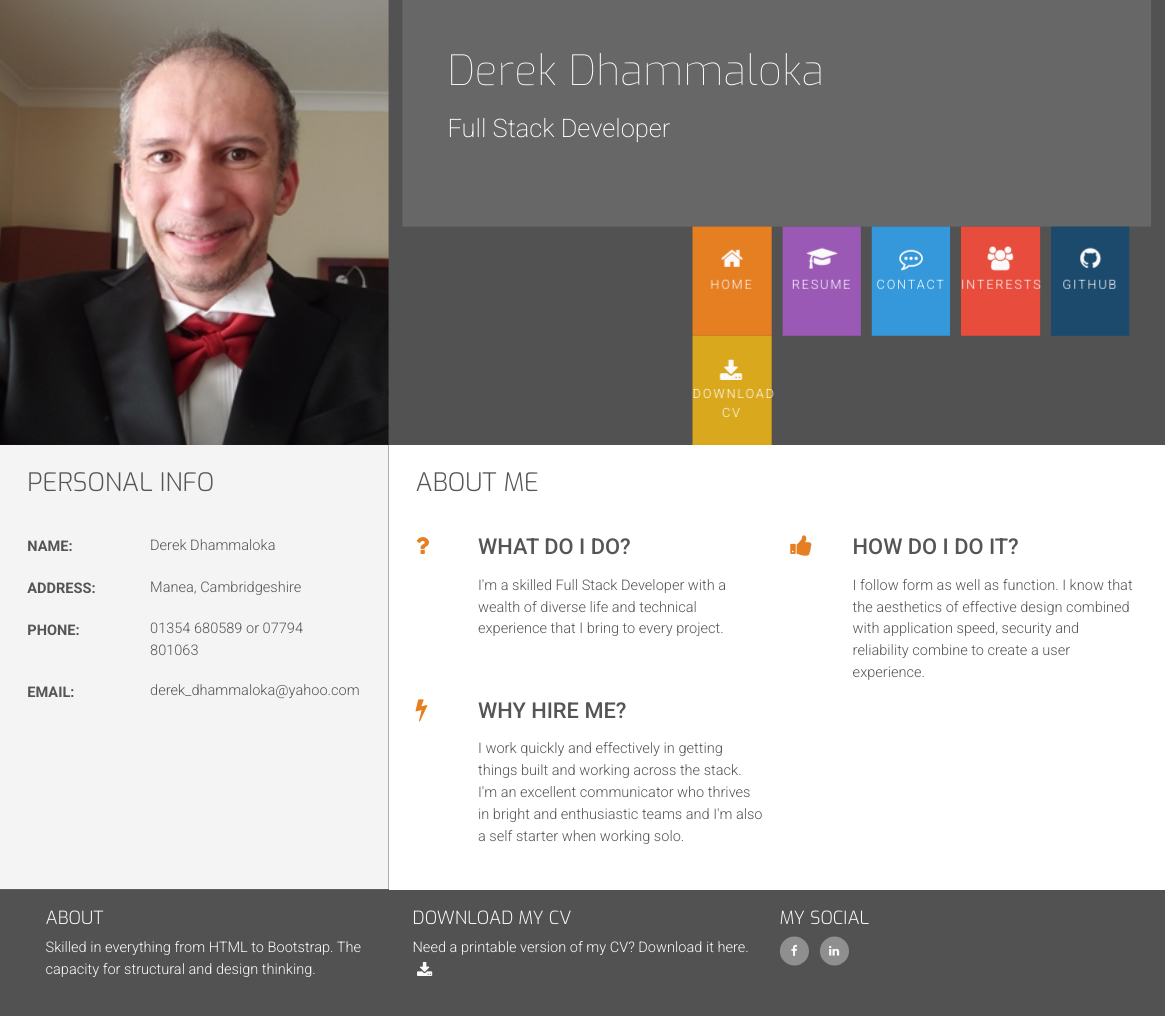
Repository: derektypist/derek-dhammaloka-cv
Page: index.html
The author's editor kept a record of every edit. The page is drawn from the files as they stood at one moment, then again after the next edit.
The browser window is 1280 px wide. The pictures show the whole page, at 91% of full size.
Some web libraries are served in a nearby version.

Above is the page before.

### index.html
<!DOCTYPE html>
<html>
    <head>
    <link rel="stylesheet" href="https://maxcdn.bootstrapcdn.com/bootstrap/4.3.1/css/bootstrap.min.css" integrity="sha384-ggOyR0iXCbMQv3Xipma34MD+dH/1fQ784/j6cY/iJTQUOhcWr7x9JvoRxT2MZw1T" crossorigin="anonymous">
    <link rel="stylesheet" href="https://maxcdn.bootstrapcdn.com/font-awesome/4.7.0/css/font-awesome.min.css" type="text/css" />
    <link rel="stylesheet" href="https://cdnjs.cloudflare.com/ajax/libs/hover.css/2.1.1/css/hover-min.css" type="text/css" />
    <link rel="stylesheet" href="assets/css/style.css" type="text/css" />
    <meta name="viewport" content="width=device-width, initial-scale=1">
    <title>Derek Dhammaloka CV - Home Page</title>
</head>
<body>
  <header class="container-fluid">

            <div class="row">

                <a class="col-md-4 logo" href="index.html" title="Derek Dhammaloka Home Page"></a>

                <div class="col-md-8">

                    <div class="row no-gutters bg-color-name-title">
                        <div class="col heading">
                            <h1 class="name">Derek Dhammaloka</h1>
                            <h2 class="title">Full Stack Developer</h2>
                        </div>
                    </div>

                    <div class="row">
                        <div class="col"></div>

                        <ul class="list-inline" id="nav">

                            <li class="col-6 col-sm-2 ui-menu-color-home menuitem list-inline-item">

                                <a href="index.html" class="hvr-sweep-to-bottom"><i class="fa fa-home" aria-hidden="true"></i><span>Home</span></a>

                            </li>

                            <li class="col-6 col-sm-2 ui-menu-color-resume menuitem list-inline-item">

                                <a href="resume.html" class="hvr-sweep-to-bottom"><i class="fa fa-graduation-cap" aria-hidden="true"></i><span>Resume</span></a>

                            </li>

                            <li class="col-6 col-sm-2 ui-menu-color-contact menuitem list-inline-item">

                                <a href="contact.html" class="hvr-sweep-to-bottom"><i class="fa fa-commenting-o" aria-hidden="true"></i><span>Contact</span></a>

                            </li>

                            <li class="col-6 col-sm-2 ui-menu-color-interests menuitem list-inline-item">
                                <a href="interests.html" class="hvr-sweep-to-bottom"><i class="fa fa-users" aria-hidden="true "></i><span>Interests</span></a>
                            </li>

                            <li class="col-6 col-sm-2 ui-menu-color-github menuitem list-inline-item">
                                <a href="github.html" class="hvr-sweep-to-bottom"><i class="fa fa-github" aria-hidden="true "></i><span>GitHub</span></a>
                            </li>

                            <li class="col-6 col-sm-2 ui-menu-color-download menuitem list-inline-item">

                                <a href="assets/cv/derekdhammaloka-cv.pdf" target="_blank" class="hvr-sweep-to-bottom"><span><i class="fa fa-download" aria-hidden="true"></i>Download CV</span></a>

                            </li>

                        </ul>

                    </div>

                </div>

            </div>

        </header>

    <section class="container-fluid">
            <div class="row row-table">
                <div class="col-xs-12 col-sm-12 col-md-4 bg-color-personal-info section-column">
                    <div class="row">
                        <div class="col-md-12">
                            <h3 class="section-heading uppercase">Personal Info</h3>
                        </div>
                    </div>
                    <div class="personal-info-item">
                        <div class="key">
                            <p class="uppercase">Name:</p>
                        </div>
                        <div class="value">
                            <p>Derek Dhammaloka</p>
                        </div>
                    </div>
                    <div class="personal-info-item">
                        <div class="key">
                            <p class="uppercase">Address:</p>
                        </div>
                        <div class="value">
                            <p>Manea, Cambridgeshire</p>
                        </div>
                    </div>
                    <div class="personal-info-item">
                        <div class="key">
                            <p class="uppercase">Phone:</p>
                        </div>
                        <div class="value">
                            <p>01354 680589 or 07794 801063</p>
                        </div>
                    </div>
                    <div class="personal-info-item">
                        <div class="key">
                            <p class="uppercase">Email:</p>
                        </div>
                        <div class="value">
                            <p>derek_dhammaloka@yahoo.com</p>
                        </div>
                    </div>
                </div>
                <div class="col-xs-12 col-sm-12 col-md-8 bg-color-three-reasons section-column">
                    <div class="row">
                        <div class="col-md-12">
                            <h3 class="section-heading uppercase">About Me</h3>
                        </div>
                    </div>
                    <div class="row">
                        <div class="col-xs-10 col-xs-offset-1 col-sm-offset-0 col-sm-4 col-md-6">
                            <div class="row">
                                <div class="col-xs-2 col-sm-2 col-md-2">
                                    <i class="three-reasons-icons fa fa-question" aria-hidden="true"></i>
                                </div>
                                <div class="col-xs-10 col-sm-10">
                                    <h4 class="three-reasons-heading uppercase">What do I do?</h4>
                                    <p>
                                        I'm a skilled Full Stack Developer with a wealth of diverse
                                        life and technical experience that I bring to every project.
                                    </p>
                                </div>
                            </div>
                        </div>
                        <div class="col-xs-10 col-xs-offset-1 col-sm-offset-0 col-sm-4 col-md-6">
                                <div class="row">
                                    <div class="col-xs-2 col-sm-2 col-md-2">
                                        <i class="three-reasons-icons fa fa-thumbs-up" aria-hidden="true"></i>
                                    </div>
                                    <div class="col-xs-10 col-sm-10">
                                        <h4 class="three-reasons-heading uppercase">How do I do it?</h4>
                                        <p>
                                            I follow form as well as function.
                                            I know that the aesthetics of effective design combined with application speed,
                                            security and reliability combine to create a user experience.
                                        </p>
                                    </div>
                                </div>
                            </div>
                        <div class="col-xs-10 col-xs-offset-1 col-sm-offset-0 col-sm-4 col-md-6">
                            <div class="row">
                                <div class="col-xs-2 col-sm-2 col-md-2">
                                    <i class="three-reasons-icons fa fa-bolt" aria-hidden="true"></i>
                                </div>
                                <div class="col-xs-10 col-sm-10">
                                    <h4 class="three-reasons-heading uppercase">Why hire me?</h4>
                                    <p>
                                        I work quickly and effectively in getting things built and working across the stack.
                                        I'm an excellent communicator who thrives in bright and enthusiastic teams and I'm
                                        also a self starter when working solo.
                                    </p>
                                </div>
                            </div>
                        </div>
                    </div>
                </div>
            </div>
        </section>

    <footer class="container-fluid">
        <div class="row" id="footer-details">
            <div class="col-sm-4">
                <h5 class="uppercase general-sub">About</h5>
                <p class="inline-block">
                    Skilled in everything from HTML to Bootstrap.
                    The capacity for structural and design thinking.

                </p>
            </div>

            <div class="col-sm-4">
                <h5 class="uppercase general-sub">Download My CV</h5>
                <p class="inline-block">
                    Need a printable version of my CV?  Download it here.
                <a href="assets/cv/derekdhammaloka-cv.pdf" target="_blank" class="cv-pdf"><i class="fa fa-download" aria-hidden="true"></i></a>
                </p>

            </div>

            <div class="col-sm-4">
                <h5 class="uppercase general-sub">My Social</h5>
                <ul class="list-inline social-links">
                    <li class="list-inline-item"><a target="_blank" href="https://www.facebook.com/derek.dhammaloka"><i class="fa fa-facebook"></i></a></li>
                    <li class="list-inline-item"><a target="_blank" href="https://www.linkedin.com/in/derekdhammaloka"><i class="fa fa-linkedin"></i></a></li>
                </ul>

            </div>
        </div>
    </footer>
</body>
</html>

### assets/css/style.css
@import url('https://fonts.googleapis.com/css?family=Roboto:100,200,300,400,500,600,700|Exo:100,200,300,400,500,600,700');


/* Colors */

.bg-color-name-title {
    background-color: #676767;
}

.bg-color-three-reasons {
    background-color: #ffffff;
}

.ui-menu-color-home {

    background-color: #e67e22;

}


.ui-menu-color-resume {

    background-color: #9b59b6;

}



.ui-menu-color-contact {

    background-color: #3498db;

}


.ui-menu-color-download {

    background-color: #d9a81d;

}

.ui-menu-color-github {
    background-color: #1c4a6c;
}

.ui-menu-color-interests {
    background-color: #e74c3c;
}

.bg-color-personal-info {
    background-color: #f4f4f4;
}

.bg-color-work-history {
    background-color: #9b59b6;
}

.bg-color-contact {
    background-color: #ffffff;
}

.bg-color-conferences {

    background-color: #f4f4f4;

}


.bg-color-groups {

    background-color: #ffffff;

}

body {
    font-family: "Roboto", Arial, Verdana, sans-serif;
    font-weight: 300;
    background-color: #525252;
    color: #555555;
}




/* Special Padding/Margins/Text */

h1, h2, h3, h4 {
    margin: 0;
}

.uppercase {
    text-transform: uppercase;
}

.general-sub {
    font-family: "Exo", Arial, Verdana, sans-serif;
    font-weight: 300;
    color: #fafafa;
}

.inline-block {
    display: inline-block;
}

.row-table {
    display: table;
}

.history-heading, .section-heading {
    font-family: "Exo", Arial, Verdana, sans-serif;
    font-weight: 300;
    margin-top: 25px;
    margin-bottom: 40px;
}

.text-center {
    text-align: center;
}

/* Heading */

header {
    margin: 0;
}



.heading {
    margin-left: 50px;
}


.logo {

    background: url("../images/derek.jpg");

    background-position: center;

    background-repeat: no-repeat;

    background-size: cover;

    min-height: 360px;


    transition: all .5s ease-in-out;

    -moz-transition: all .5s ease-in-out;
    -webkit-transition: all .5s ease-in-out;
    -o-transition: all .5s ease-in-out;

}

.name {
    font-family: "Exo", Arial, Verdana, sans-serif;
    font-weight: 100;
    font-size: 46px;
    margin-top: 50px;
    color: #ffffff;
}

.title {
    font-family: "Roboto", Arial, Verdana, sans-serif;
    font-weight: 200;
    font-size: 28px;
    margin-top: 20px;
    margin-bottom: 90px;
    color: #fff;
}

#nav {
    margin: 0;
}

#nav li {
    padding: 0;
}

.menuitem {
    height: 120px;
    text-align: center;
    padding: 0;
}

.menuitem a {
    width: 100%;
    text-decoration: none;
    color: #ffffff;
    height: 120px;
}

.menuitem a i {
    padding-top: 22px;
    display: block;
    color: #fafafa;
    font-size: 26px;
}

.menuitem span {
    display: block;
    width: 100%;
    padding-top: 5px;
    text-align: center;
    text-transform: uppercase;
    font-size: 14px;
    font-weight: 300;
    letter-spacing: 2px;
}

/* Hover.css */

.hvr-sweep-to-bottom:before {
    background: rgb(0, 0, 0);
    background: rgba(0, 0, 0, 0.2);
    height: 120px;
}

/* Footer */
footer {
    background-color: #525252;
    color: #fafafa;
    min-height: 120px;
    margin: 0;
}

footer .cv-pdf {
    color: #fafafa;
    text-align: center;
    font-size: 18px;
    padding-left: 5px;
}

footer .cv-pdf i:hover {
    color: #e84610;
    transition: all 0.35s ease-in-out;
    -moz-transition: all 0.35s ease-in-out;
    -webkit-transition: all 0.35s ease-in-out;
    -o-transition: all 0.35s ease-in-out;
}

.social-links {
    padding-bottom: 15px;
}

.social-links li a i {
    width: 32px;
    height: 32px;
    padding: 12px 0px;
    border-radius: 50%;
    font-size: 13px;
    line-height: 7px;
    text-align: center;
    color: #fafafa;
    background: #8f8f8f;
    transition: all 0.35s ease-in-out;
    -moz-transition: all 0.35s ease-in-out;
    -webkit-transition: all 0.35s ease-in-out;
    -o-transition: all 0.35s ease-in-out;

}

.social-links li a i:hover {
    background: #e84610;

}

#footer-details {
    margin: 20px;
}

/* Three Reasons */

.three-reasons-icons {
    font-size: 26px;
    color: #e67e22;
}

.three-reasons-heading {
    margin-bottom: 15px;
}

/* Personal Info */

.personal-info-item {
    margin-bottom: 20px;
    display: block;
    clear: both;
}



.personal-info-item .key, .personal-info-item .value {
    padding-right: 8px;
}

.personal-info-item .key p, .personal-info-item .value p {
    margin: 0;
}

.personal-info-item .key {
    display: inline-block;
    width: 30%;
    margin-right: 21px;
    padding-top: 2px;
    vertical-align: top;
}

.personal-info-item .key p {
    font-family: "Roboto", Arial, Verdana, sans-serif;
    font-weight: 700;

}

.personal-info-item .value {
    display: inline-block;
    position: relative;
    width: 60%;
}

/* Skills */

.progress {
    position: relative;
    height: 25px;
}

.progress-type {
    position: absolute;
    left: 0px;
    font-weight: 400;
    padding: 3px 30px 2px 10px;
    color: #fafafa;
    background-color: rgb(25, 25, 25);
    background-color: rgba(25, 25, 25, 0.2);
}

.progress-section {
    margin: 40px 20px;
}

/* Work History */

.timeline-item {
    padding: 4em 2em 0em 2em;
    position: relative;
    color: #fafafa;
    border-left: 1px solid;
}

.timeline-item p {
    padding: 0;
    margin: 0;
}

.timeline-item::before {
    content: attr(dates);
    position: absolute;
    left: 2.5em;
    top: 3em;
    display: block;
    font-family: "Exo", Arial, Verdana, sans-serif;
    font-weight: 500;
    font-size: .8em;
    padding: 0;
    margin: 0;
}

.timeline-item::after {
    width: 12px;
    height: 12px;
    display: block;
    top: 2.4em;
    position: absolute;
    left: -6px;
    border-radius: 12px;
    content: '';
    background: #fafafa;
}

.history-heading {
    color: #fafafa;
    margin-bottom: 50px;
}

.history-items {
    margin-bottom: 30px;
}

/* Interests */
.interest-links {
    text-decoration: none;
    color: #3498db;
}

.interest-links:hover {
    color: #e67e22;
}


/* Contact */

.contact-heading {
    font-family: "Exo", Arial, Verdana, sans-serif;
    font-weight: 300;
    margin-top: 25px;
    margin-bottom: 20px;
}

.center-form {
    padding-top: 10px;
    margin: 0 auto;
    max-width: 70%;
}

button[type="submit"] {
    margin-top: 15px;
    margin-bottom: 20px;
    background-color: #e84610;
    color: #fafafa;
}

/* Media Queries */

@media (min-width: 992px) {
    .section-column {
        padding: 0 30px 30px;
        float: none;
        display: table-cell;
    }

    .center-form {
    padding-top: 30px;
    min-height: 240px;
    margin: 0 auto;
    max-width: 50%;
}

}

/* Maps */
div#map {
    min-height: 360px;

}

After the next edit:
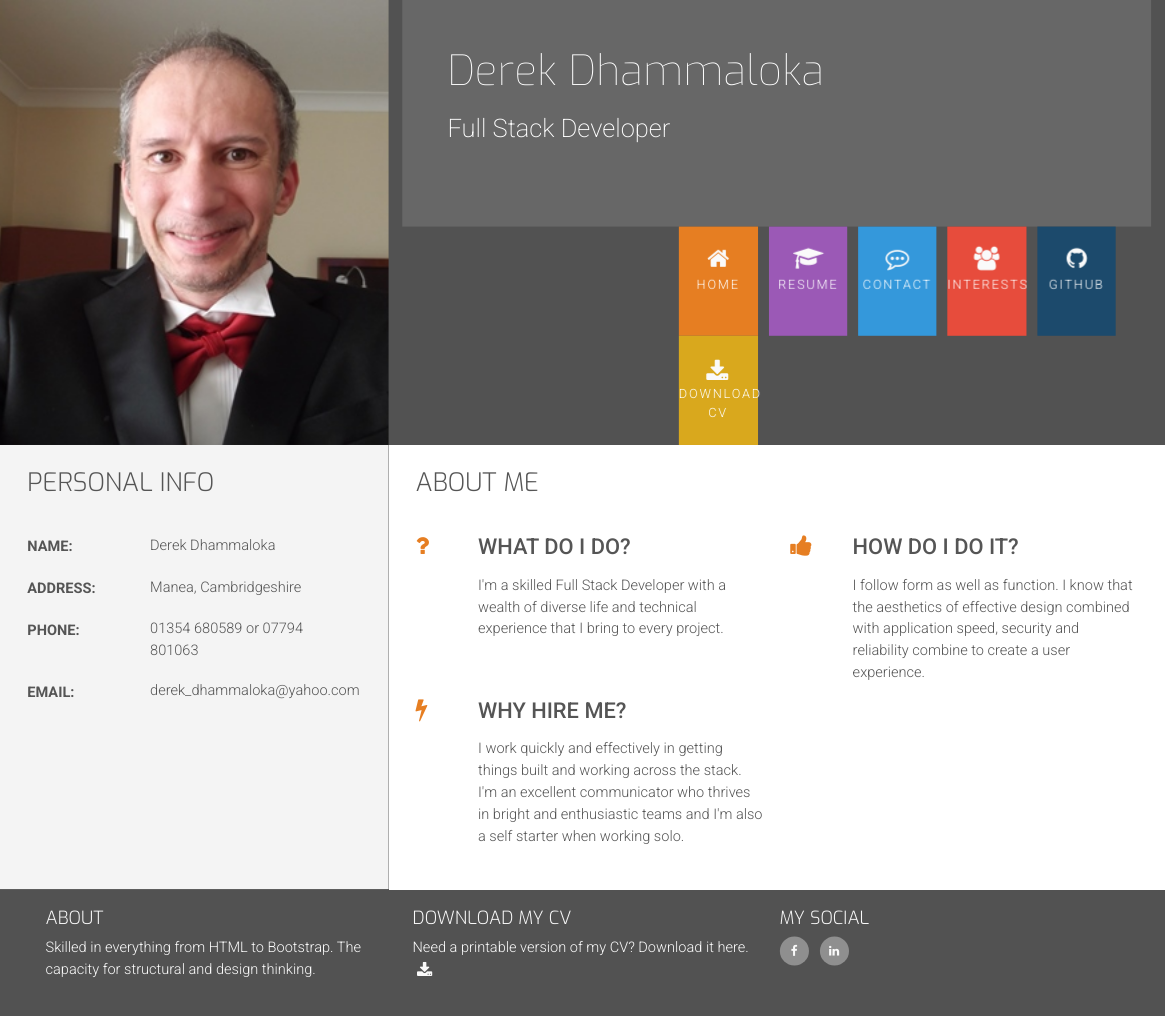
The edit:
--- a/index.html
+++ b/index.html
@@ -24,7 +24,7 @@
                         </div>
                     </div>
 
-                    <div class="row">
+                    <div class="row no-gutters">
                         <div class="col"></div>
 
                         <ul class="list-inline" id="nav">
